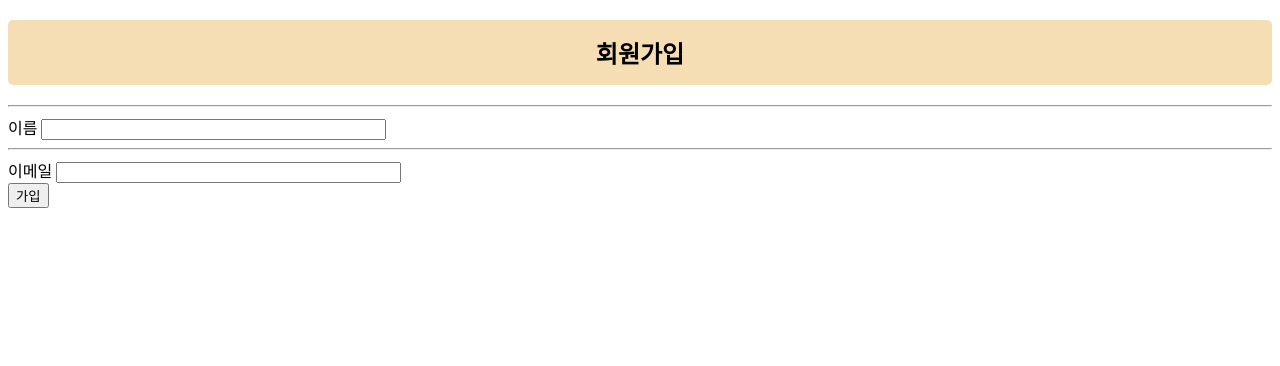
Repository: Hwater00/JSP-practice
Page: javaWorkspace/jwbook/src/main/webapp/ch03/rdgform.html
These files come from the project's save history. The page is drawn as it stood at one moment and after the next save; the edit follows.
The browser window is 1280 px wide. The pictures show the whole page.

Above is the page before, as saved 2023-07-26 07:28:13.

After the next save:
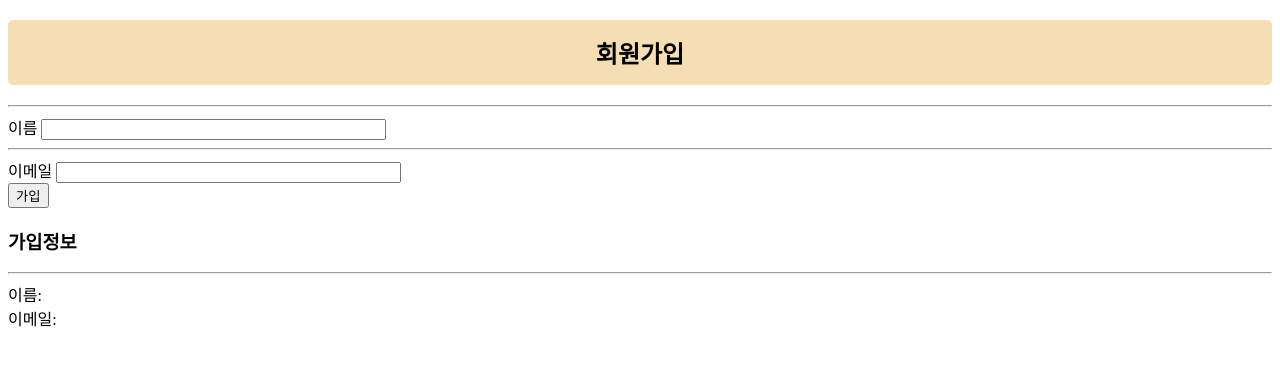
Saved 21 s later.
--- a/javaWorkspace/jwbook/src/main/webapp/ch03/rdgform.html
+++ b/javaWorkspace/jwbook/src/main/webapp/ch03/rdgform.html
@@ -47,8 +47,6 @@
 		이름:<span id ="rname"></span><br>
 		이메일:<span id ="remail"></span><br>
 	</div>
-	<script>
-		document.getElementById("result").style.display = "none";
-	</script>
+
 </body>
 </html>
